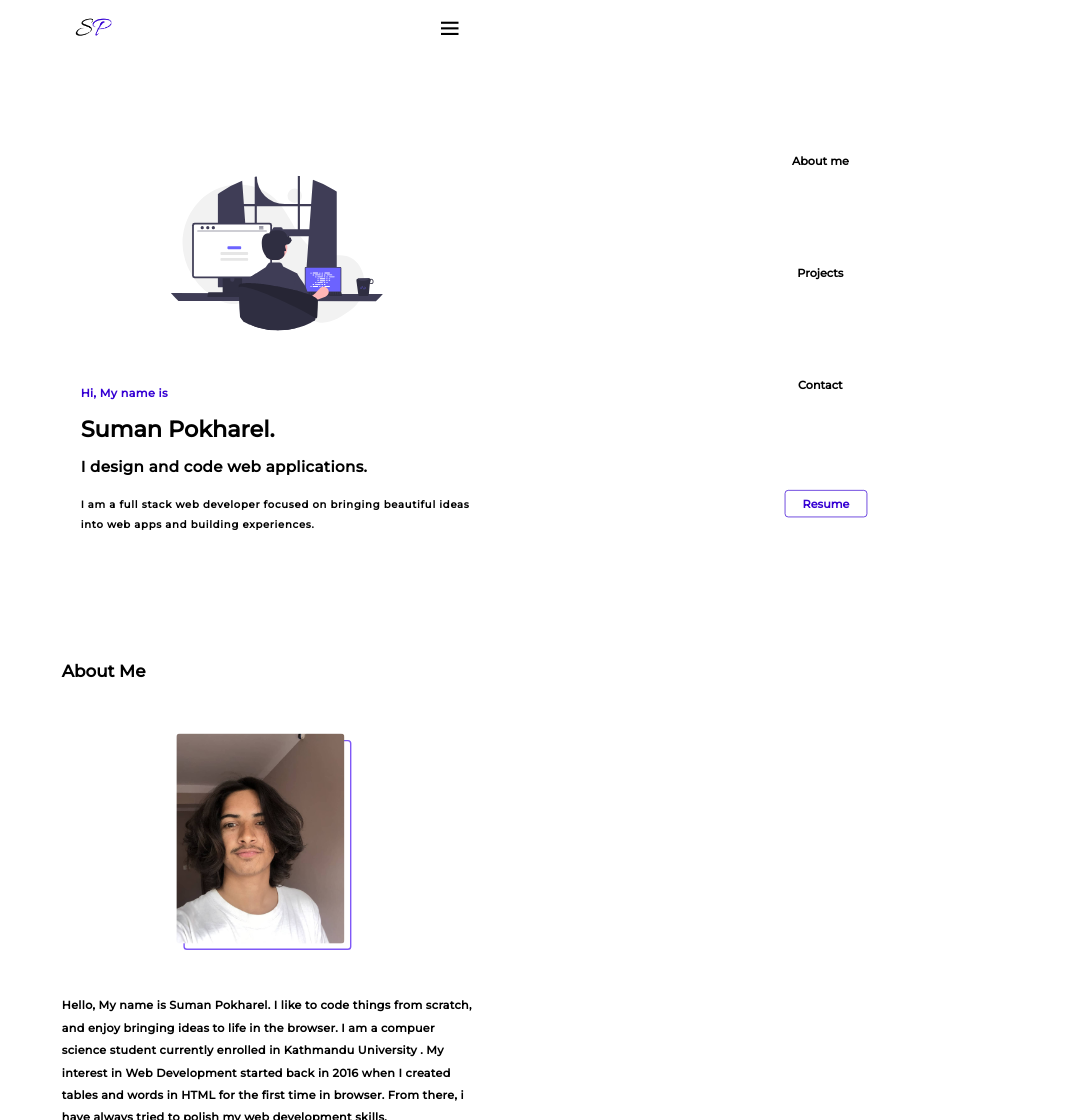
Repository: iamsumanp/portfolio
Page: /
These files come from the project's save history. The page is drawn as it stood at one moment and after the next save; the edit follows.
The browser window is 768 px wide. The page is 1536 px wide, so the pictures cover 1536 px, including what lies to the right of the window. The pictures show the part of the page from y = 0 to 1600 px (the page is 5953 px tall), at 70% of full size.
The project was rebuilt for these pictures with package versions that can differ from the ones it lists, and the page was loaded fresh each time.

Above is the page before, as saved 2022-07-11 15:37:12.

### public/index.html
<!DOCTYPE html>
<html lang="en">
  <head>
    <meta charset="utf-8" />
    <link rel="icon" href="%PUBLIC_URL%/favicon.ico" />
    <meta name="viewport" content="width=device-width, minimum-scale=1" />
    <meta name="theme-color" content="#000000" />
    <meta name="portfolio" content="mePortfolio" />
    <!-- <link rel="apple-touch-ion" href="%PUBLIC_URL%/logo192.png" /> -->

    <link rel="manifest" href="%PUBLIC_URL%/manifest.json" />
    <link rel="preconnect" href="https://fonts.googleapis.com" />
    <link rel="preconnect" href="https://fonts.gstatic.com" crossorigin />
    <link
      href="https://fonts.googleapis.com/css2?family=Montserrat:wght@500&display=swap"
      rel="stylesheet"
    />
    <title>Suman Pokharel</title>
  </head>
  <body>
    <div id="root"></div>
  </body>
</html>

### src/App.tsx
import "./App.css";
import { BrowserRouter as Router } from "react-router-dom";
import { NavBar } from "./Components/NavBar";
import "./styles/styles.css";
import { Hero } from "./Components/Hero";
import { AboutMe } from "./Components/AboutMe";
import { Projects } from "./Components/Projects";
import { Contact } from "./Components/Contact";
import { Footer } from "./Components/Footer";

function App() {
  return (
    <Router>
      <NavBar />
      <Hero />
      <AboutMe />
      <Projects />
      <Contact />
      <hr />
      <Footer />
    </Router>
  );
}

export default App;

### src/styles/styles.css
:root {
  --main-purple: #3500d3;
}

* {
  box-sizing: border-box;
  font-family: "Montserrat", sans-serif;
}

body {
  margin: 0;
  padding: 0;
}
@media (max-width: 900px) {
  body {
    overflow-x: hidden;
  }
}

.navBar {
  display: flex;
  flex-direction: row;
  justify-content: space-between;
  align-items: center;
  min-height: 5rem;
  font-weight: bolder;
  padding: 0.2% 14%;
}
@media (max-width: 1100px) {
  .navBar {
    margin-bottom: 5rem;
    overflow-x: hidden;
  }
}
.navBar .logoImg {
  height: 25px;
}
.navBar .navUl {
  list-style: none;
  display: flex;
  flex-direction: row;
}
@media (max-width: 900px) {
  .navBar .navUl {
    position: absolute;
    right: 0;
    top: 8vh;
    height: 100vh;
    background-color: rgb(255, 255, 255);
    flex-direction: column;
    width: 100%;
    z-index: 1;
    justify-content: space-evenly;
    transform: translateX(100%);
    transition: transform 0.4s ease-in;
  }
}
.navBar .nav-active {
  transform: translateX(0%);
}
.navBar .burgerMenu {
  display: none;
}
@media (max-width: 900px) {
  .navBar .burgerMenu {
    display: block;
    cursor: pointer;
  }
}
.navBar .burgerMenu .toggle {
  transform: rotate(-45deg) translate(-5px, 6px);
}
.navBar .burgerMenu .toggle2 {
  opacity: 0;
}
.navBar .burgerMenu .toggle3 {
  transform: rotate(45deg) translate(-5px, -6px);
}
.navBar .burgerMenu div {
  width: 25px;
  height: 3px;
  background-color: black;
  transition: transform 0.4s ease;
  margin: 5px;
}
.navBar .navLinks {
  padding: 0 30px;
  cursor: pointer;
  align-self: center;
  text-decoration: none;
}
.navBar .navLinks.resume {
  border: solid 1px var(--main-purple);
  color: var(--main-purple);
  padding: 9px 25px;
  border-radius: 5px;
  margin-left: 1rem;
}
.navBar .navLinks .linkHash {
  text-decoration: none;
  color: black;
}

.heroSection,
.aboutMeSection,
.projectsSection,
.ContactSection {
  width: 80%;
  margin: auto;
}

.heroSection {
  overflow-x: hidden;
  height: 90vh;
  display: flex;
  flex-direction: row;
  align-items: center;
  padding: 0 2% 0 5%;
}
@media (max-width: 1100px) {
  .heroSection {
    flex-direction: column-reverse;
    justify-content: center;
    align-items: center;
  }
}
.heroSection .content {
  display: flex;
  flex-direction: column;
}
@media (max-width: 1100px) {
  .heroSection .content {
    margin-top: 5rem;
  }
}
.heroSection .content .h4text {
  color: var(--main-purple);
}
.heroSection .content .h1text {
  margin-top: 0;
  font-size: 2.5rem;
}
@media (max-width: 800px) {
  .heroSection .content .h1text {
    font-size: 2rem;
  }
}
.heroSection .content .h4text,
.heroSection .content .h2text {
  letter-spacing: 0.5px;
  margin-top: 0;
}
.heroSection .content .h2text {
  font-size: 1.8rem;
}
@media (max-width: 800px) {
  .heroSection .content .h2text {
    font-size: 1.35rem;
  }
}
.heroSection .content .h5text {
  width: 55%;
  line-height: 2;
  letter-spacing: 1px;
  margin-top: 10px;
  font-size: 0.9rem;
}
@media (max-width: 800px) {
  .heroSection .content .h5text {
    width: 100%;
  }
}
.heroSection .svgImgg {
  margin-left: auto;
  width: 22rem;
}
@media (max-width: 1100px) {
  .heroSection .svgImgg {
    margin-left: 0;
  }
}
@media (max-width: 800px) {
  .heroSection .svgImgg {
    width: 19rem;
  }
}

.aboutMeSection {
  width: 80%;
  margin: auto;
  display: flex;
  flex-direction: column;
  justify-content: center;
  padding: 7% 2% 10% 5%;
}
@media (max-width: 1100px) {
  .aboutMeSection {
    padding: 7rem 2% 10% 1.5%;
  }
}
.aboutMeSection .contentAndImage {
  display: flex;
  flex-direction: row;
}
@media (max-width: 1100px) {
  .aboutMeSection .contentAndImage {
    flex-direction: column-reverse;
    margin-top: 2rem;
  }
}
.aboutMeSection .h2textabout {
  margin-top: -3rem;
}
.aboutMeSection .aboutMeContent {
  display: flex;
  flex-direction: column;
  width: 60%;
}
@media (max-width: 1100px) {
  .aboutMeSection .aboutMeContent {
    width: 100%;
  }
}
.aboutMeSection .imgContainer {
  margin-left: auto;
  margin-top: 2rem;
  position: relative;
  height: 350px;
  width: 280px;
  border: solid 2px #7f58f7;
  border-radius: 5px;
}
@media (max-width: 1100px) {
  .aboutMeSection .imgContainer {
    margin-left: 0;
    align-self: center;
    margin-bottom: 2rem;
  }
}
@media (max-width: 800px) {
  .aboutMeSection .imgContainer {
    height: 300px;
    width: 240px;
  }
}
.aboutMeSection .imgContainer .imgProfile {
  height: 350px;
  position: absolute;
  right: 8px;
  top: -11px;
  border-radius: 5px;
}
@media (max-width: 800px) {
  .aboutMeSection .imgContainer .imgProfile {
    height: 300px;
  }
}
.aboutMeSection .spanText {
  font-weight: bold;
  margin-top: 2rem;
  line-height: 2;
  letter-spacing: 0.4px;
}
.aboutMeSection .spanText.tech {
  margin-top: 5rem;
}
.aboutMeSection .backEndFrontEndContainer {
  display: flex;
  flex-direction: row;
  margin-top: 4rem;
  justify-content: space-between;
}
@media (max-width: 1100px) {
  .aboutMeSection .backEndFrontEndContainer {
    flex-direction: column;
  }
}
.aboutMeSection .backEndFrontEndContainer .frontEndBox {
  box-shadow: 0 4px 8px 0 rgba(0, 0, 0, 0.2), 0 6px 20px 0 rgba(0, 0, 0, 0.19);
  padding: 2rem 2.5rem;
  display: flex;
  flex-direction: column;
  border-radius: 5px;
}
@media (max-width: 1100px) {
  .aboutMeSection .backEndFrontEndContainer .frontEndBox {
    padding: 1rem;
    margin-bottom: 3rem;
  }
}
.aboutMeSection .backEndFrontEndContainer .frontEndBox .spanTitle {
  align-self: center;
  text-transform: uppercase;
  font-weight: bold;
}

.frontEndTools,
.backEndBox {
  display: flex;
  flex-direction: row;
  margin-top: 1rem;
}
.frontEndTools .fnTools2,
.backEndBox .fnTools2 {
  margin-left: 3rem;
}
@media (max-width: 900px) {
  .frontEndTools .fnTools2,
.backEndBox .fnTools2 {
    margin-left: 0.1rem;
  }
}
.frontEndTools .fnTool,
.backEndBox .fnTool {
  display: flex;
  align-items: center;
  margin: 1.5rem 0.5rem;
}
.frontEndTools .fnTool .triangleRight,
.backEndBox .fnTool .triangleRight {
  color: var(--main-purple);
}

.techName {
  margin-left: 0.8rem;
  text-transform: uppercase;
  font-size: 15px;
}
@media (max-width: 900px) {
  .techName {
    font-size: 11px;
    margin-left: 0.2rem;
  }
}

.projectsSection {
  width: 80%;
  margin: auto;
  padding: 5% 2% 0 5%;
  display: flex;
  flex-direction: column;
}
@media (max-width: 1100px) {
  .projectsSection {
    padding: 7rem 2% 10% 1.5%;
  }
}
.projectsSection .Project1Container,
.projectsSection .Project3Container {
  display: flex;
  flex-direction: column;
}
.projectsSection .nameLabelLine {
  margin: 2rem 0;
  display: flex;
  flex-direction: row;
  align-items: center;
}
.projectsSection .nameLabelLine .vl {
  border-bottom: 1px solid gray;
  margin-top: 5px;
  height: inherit;
  width: 35%;
}
@media (max-width: 1100px) {
  .projectsSection .nameLabelLine .vl {
    width: 50%;
  }
}
.projectsSection .h2textabout {
  margin-top: -3rem;
}
.projectsSection .projectContentAndImage {
  display: flex;
  flex-direction: row;
  justify-content: space-between;
}
@media (max-width: 1100px) {
  .projectsSection .projectContentAndImage {
    flex-direction: column-reverse;
  }
}
.projectsSection .projectContentAndImage .hirestationImg {
  height: 15rem;
  border-radius: 5px;
  margin-left: auto;
}
@media (max-width: 1100px) {
  .projectsSection .projectContentAndImage .hirestationImg {
    margin-left: 0;
    align-self: center;
    margin: 2rem 0 4rem 0;
  }
}
@media (max-width: 800px) {
  .projectsSection .projectContentAndImage .hirestationImg {
    height: 10rem;
  }
}
.projectsSection .linksContainer {
  display: flex;
  align-items: center;
  margin: 2rem 0;
}

.projContent {
  width: 50%;
  line-height: 1.5;
  letter-spacing: 0.5px;
}
@media (max-width: 1100px) {
  .projContent {
    width: 100%;
  }
}

.projectLabel {
  font-weight: bold;
  margin-right: 1rem;
}

.Project2Container {
  display: flex;
  flex-direction: column;
  margin-top: 5rem;
  margin-bottom: 7.5rem;
}
.Project2Container .nameLabelLine2 {
  margin: 2rem 0;
  display: flex;
  flex-direction: row;
  justify-content: end;
}
.Project2Container .nameLabelLine2 .vl {
  border-bottom: 1px solid gray;
  margin-bottom: 5px;
  width: 35%;
  margin-right: 1rem;
}
@media (max-width: 1100px) {
  .Project2Container .nameLabelLine2 .vl {
    width: 50%;
  }
}
@media (max-width: 800px) {
  .Project2Container .nameLabelLine2 .vl {
    width: 40%;
  }
}

.projectContentAndImage1 {
  display: flex;
  flex-direction: row;
  justify-content: space-between;
}
@media (max-width: 1100px) {
  .projectContentAndImage1 {
    flex-direction: column;
  }
}
.projectContentAndImage1 .baathcheethImg {
  height: 15rem;
  border-radius: 5px;
  margin-right: auto;
  padding-right: 2rem;
}
@media (max-width: 1100px) {
  .projectContentAndImage1 .baathcheethImg {
    margin-right: 0;
    align-self: center;
    margin: 2rem 0 4rem 0;
  }
}
@media (max-width: 800px) {
  .projectContentAndImage1 .baathcheethImg {
    height: 10rem;
  }
}

.ContactSection {
  width: 80%;
  margin: auto;
  padding: 5% 2% 10% 5%;
  display: flex;
  flex-direction: column;
}
@media (max-width: 1100px) {
  .ContactSection {
    padding: 5rem 2% 10% 1.5%;
  }
}
.ContactSection .formContainer {
  margin-top: 2rem;
}
.ContactSection .nameAndEmailSection {
  display: flex;
  flex-direction: row;
  justify-content: space-between;
}
@media (max-width: 900px) {
  .ContactSection .nameAndEmailSection {
    flex-direction: column;
    width: 100%;
  }
}
.ContactSection .nameAndEmailSection .nameContainer {
  display: flex;
  flex-direction: column;
  width: 90%;
}
@media (max-width: 900px) {
  .ContactSection .nameAndEmailSection .nameContainer {
    width: 100%;
  }
}
.ContactSection .nameAndEmailSection .emailContainer {
  display: flex;
  flex-direction: column;
  width: 90%;
  margin-left: 5rem;
}
@media (max-width: 900px) {
  .ContactSection .nameAndEmailSection .emailContainer {
    margin-left: 0;
    margin-top: 3rem;
    width: 100%;
  }
}
.ContactSection .nameAndEmailSection .inputForm {
  box-shadow: 0 4px 8px 0 rgba(0, 0, 0, 0.2), 0 6px 20px 0 rgba(0, 0, 0, 0.19);
  padding: 0.6rem 0.4rem;
  width: 100%;
  border-width: 1px;
  outline: none;
}
.ContactSection .label {
  margin-bottom: 2rem;
  font-weight: bold;
}
.ContactSection .MessageContainer {
  display: flex;
  flex-direction: column;
  margin-top: 4rem;
}
.ContactSection .MessageContainer #messageArea {
  width: 46.5%;
  box-shadow: 0 4px 8px 0 rgba(0, 0, 0, 0.2), 0 6px 20px 0 rgba(0, 0, 0, 0.19);
  height: 7rem;
  resize: none;
  outline: none;
  padding: 0.5rem 0.4rem;
}
@media (max-width: 900px) {
  .ContactSection .MessageContainer #messageArea {
    width: 100%;
  }
}
.ContactSection .submitBtn {
  background-color: #7a4eff;
  border: none;
  color: aliceblue;
  padding: 0.8rem;
  margin-top: 4rem;
  width: 10rem;
  border-radius: 3px;
  cursor: pointer;
}
@media (max-width: 900px) {
  .ContactSection .submitBtn {
    width: 100%;
  }
}

.footerSection {
  width: 80%;
  margin: auto;
  padding: 3% 2% 4% 1.5%;
}
.footerSection .footerContainer {
  display: flex;
  flex-direction: column;
}
@media (max-width: 900px) {
  .footerSection .footerContainer {
    align-items: center;
  }
}
.footerSection .socialMediaAndQuote {
  display: flex;
  justify-content: space-between;
  align-items: center;
  margin-bottom: 1rem;
}
@media (max-width: 900px) {
  .footerSection .socialMediaAndQuote {
    flex-direction: column;
  }
}
.footerSection .socialMediaAndQuote .icons {
  margin-left: 1rem;
}
@media (max-width: 900px) {
  .footerSection .socialMediaAndQuote .socialMedia {
    margin: 2rem 0;
  }
}

@media (max-width: 800px) {
  .spSpan {
    text-align: center;
  }
}/*# sourceMappingURL=styles_20220711153712.css.map */

### src/Components/Hero.tsx
import gsap from "gsap";
import { useEffect, useRef } from "react";
import SvgImg from "./IconComponent/SvgImg";

export const Hero = () => {
  const heroRef = useRef<HTMLDivElement>(null);
  const tl1: gsap.TimelineVars | undefined = useRef();
  const q = gsap.utils.selector(heroRef);
  useEffect(() => {
    tl1.current = gsap
      .timeline({
        defaults: {
          duration: 1,
        },
      })
      .fromTo(
        q(".content"),
        {
          y: 20,
          opacity: 0,
          // stagger: 0.4,
        },
        {
          y: 0,
          opacity: 1,
        }
      )
      .fromTo(
        q(".svgImgg"),
        { x: 20, opacity: 0 },
        { x: 0, opacity: 1 },
        "-=1"
      );
  });
  return (
    <div className="heroSection" id="heroSection" ref={heroRef}>
      <div className="content">
        <h4 className="h4text">Hi, My name is</h4>
        <h1 className="h1text">Suman Pokharel.</h1>
        <h2 className="h2text">I design and code web applications.</h2>
        <h5 className="h5text">
          I am a full stack web developer focused on bringing beautiful ideas
          into web apps and building experiences.
        </h5>
      </div>
      {/* <div className="svgImgg"> */}
      <SvgImg height={221} className="svgImgg" />
      {/* </div> */}
    </div>
  );
};

### src/Components/Footer.tsx
import React from "react";
import { AiFillGithub, AiFillTwitterCircle } from "react-icons/ai";
import { BsLinkedin, BsFacebook } from "react-icons/bs";

export const Footer = () => {
  return (
    <div className="footerSection">
      <div className="footerContainer">
        <div className="socialMediaAndQuote">
          <span>Designed And Built By Suman Pokhrel</span>
          <div className="socialMedia">
            <a
              href="https://www.linkedin.com/in/suman-pokharel-2a4b61206/"
              target="_blank"
              rel="noreferrer"
            >
              <BsLinkedin size={30} className="icons" fill="#2867B2" />
            </a>

            <a
              href="https://www.facebook.com/summan.pokharel/"
              target="_blank"
              rel="noreferrer"
            >
              <BsFacebook size={30} className="icons" fill="	#4267B2" />
            </a>
            <a
              href="https://github.com/iamsumanp"
              target="_blank"
              rel="noreferrer"
              style={{ color: "black" }}
            >
              <AiFillGithub size={34} className="icons" />
            </a>
            <a
              href="https://twitter.com/Itsmesuman2"
              target="_blank"
              rel="noreferrer"
            >
              <AiFillTwitterCircle size={35} className="icons" fill="#00acee" />
            </a>
          </div>
        </div>
        <span className="spSpan">&copy; 2022 - Suman</span>
      </div>
    </div>
  );
};

Loaded but not shown: src/index.tsx (common file); src/Components/IconComponent/SvgImg.tsx (791 lines, source omitted); src/Components/Projects.tsx (280 lines, source omitted); src/Components/AboutMe.tsx (185 lines, source omitted); src/Components/Contact.tsx (102 lines, source omitted); src/Components/NavBar.tsx (88 lines, source omitted); src/App.css (no stored copy; drawn as an empty file)

After the next save:
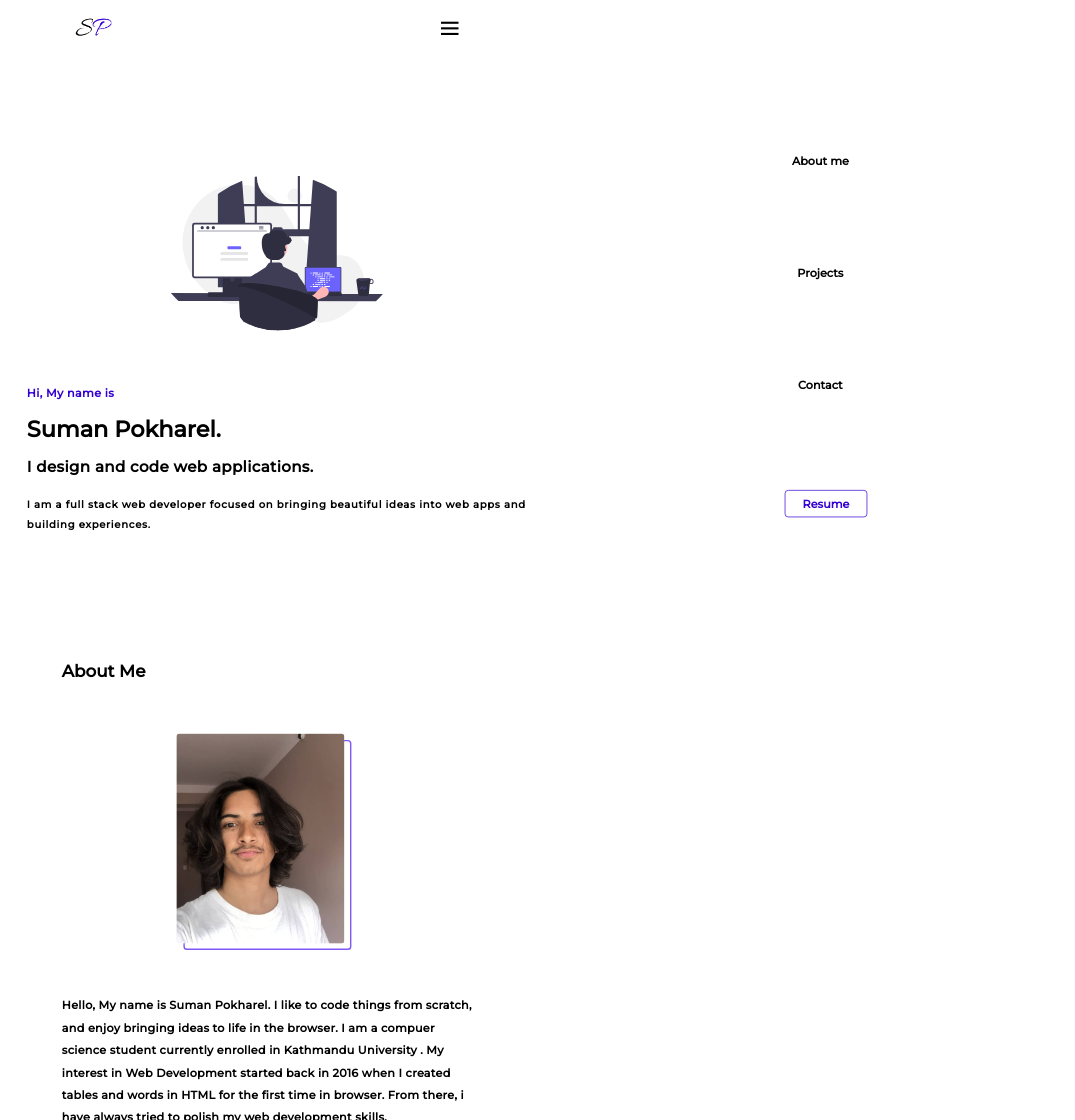
Saved 12 s later.
--- a/src/styles/styles.css
+++ b/src/styles/styles.css
@@ -101,20 +101,13 @@
   color: black;
 }
 
-.heroSection,
-.aboutMeSection,
-.projectsSection,
-.ContactSection {
-  width: 80%;
-  margin: auto;
-}
-
 .heroSection {
   overflow-x: hidden;
   height: 90vh;
   display: flex;
   flex-direction: row;
   align-items: center;
+  margin: auto;
   padding: 0 2% 0 5%;
 }
 @media (max-width: 1100px) {
@@ -609,4 +602,4 @@
   .spSpan {
     text-align: center;
   }
-}/*# sourceMappingURL=styles_20220711153712.css.map */
+}/*# sourceMappingURL=styles_20220711153724.css.map */

After the save that followed:
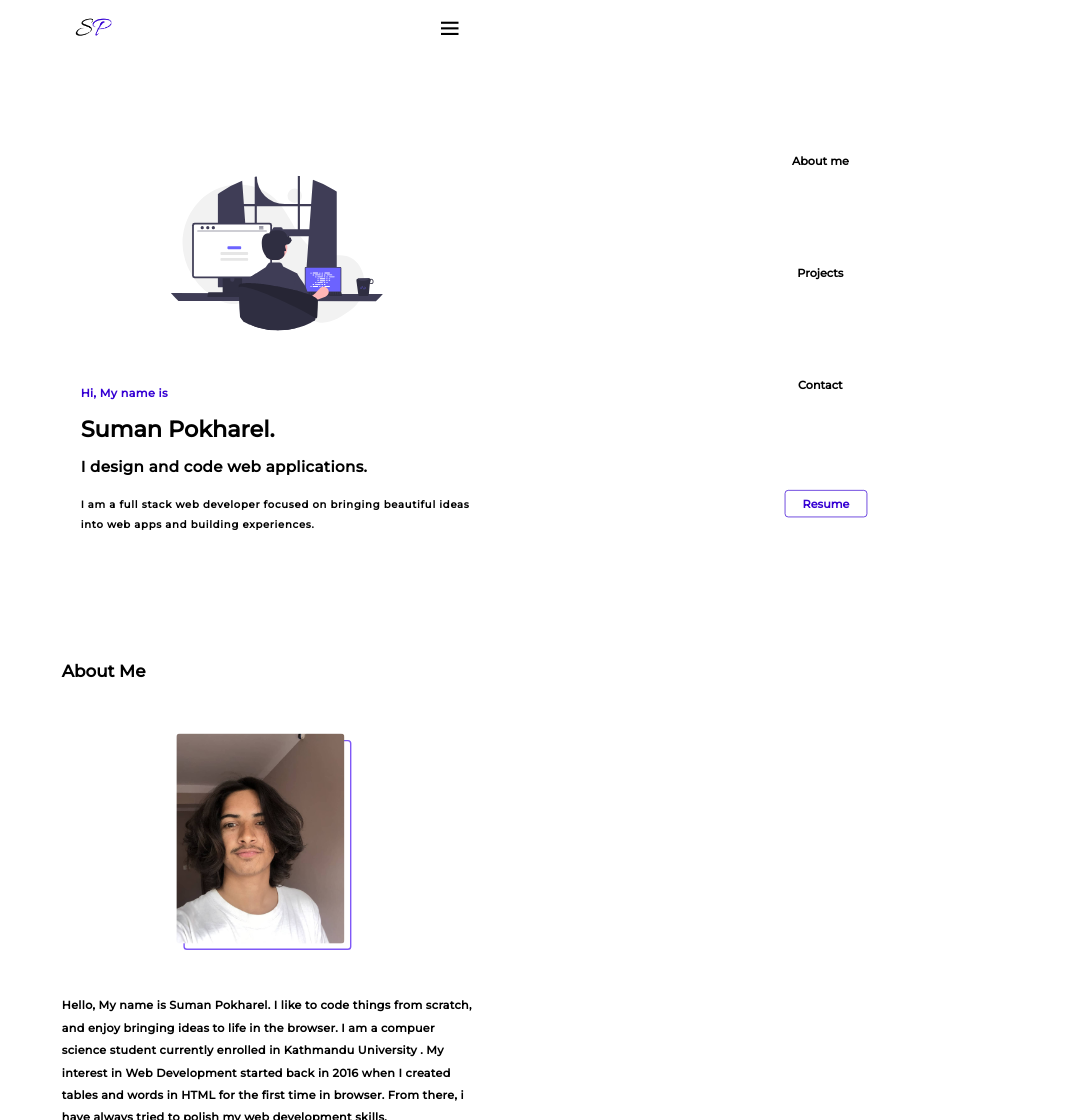
Saved 16 s later.
--- a/src/styles/styles.css
+++ b/src/styles/styles.css
@@ -104,6 +104,7 @@
 .heroSection {
   overflow-x: hidden;
   height: 90vh;
+  width: 80%;
   display: flex;
   flex-direction: row;
   align-items: center;
@@ -602,4 +603,4 @@
   .spSpan {
     text-align: center;
   }
-}/*# sourceMappingURL=styles_20220711153724.css.map */
+}/*# sourceMappingURL=styles_20220711153740.css.map */
